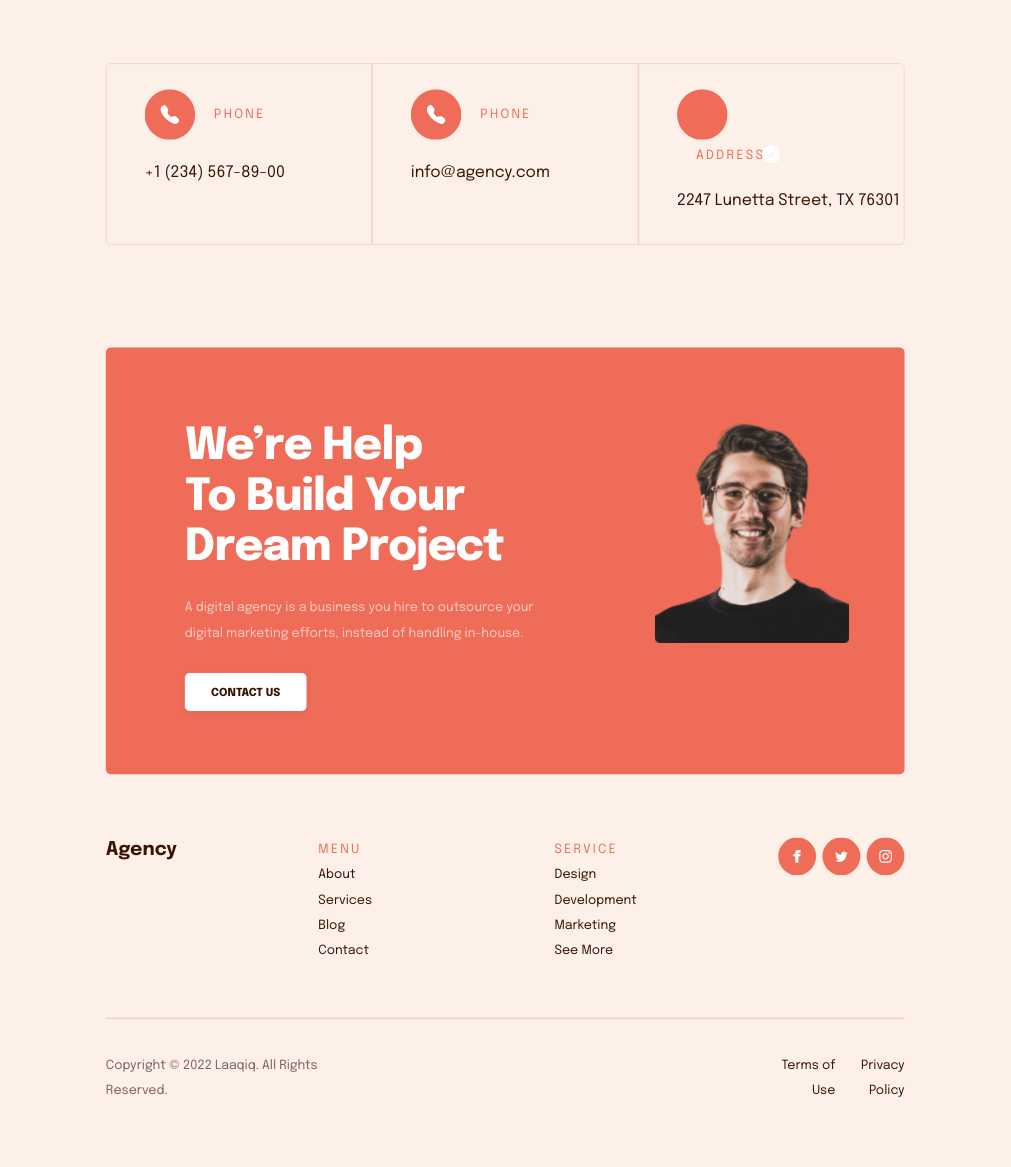
Repository: NatiqSamiyev/image-task
Page: agency/index.html
The author's editor kept a copy of each file at every save. The page is drawn from the files as they stood at one save, then again after the next save.
The browser window is 1280 px wide. The pictures show the whole page, at 79% of full size.

Above is the page before, as saved 2023-09-05 11:26:20.

### agency/index.html
<!DOCTYPE html>
<html lang="en">
  <head>
    <meta charset="UTF-8" />
    <meta name="viewport" content="width=device-width, initial-scale=1.0" />
    <title>Document</title>
    <link rel="stylesheet" href="index.css" />
  </head>
  <body>
    <div class="agency-container">
      <div class="top-container">
        <ul>
          <li>
            <div class="collaj-box">
              <div class="image-box">
                <img class="image-1" src="/image/Oval (5).svg" alt="" />
                <img class="image-2" src="/image/Path.svg" alt="" />

              </div>
              <h1>Phone</h1>
            </div>


            <p>+1 (234) 567-89-00</p>
          </li>

          <li>
            <div class="collaj-box">
              <div class="image-box">
                <img class="image-1" src="/image/Oval (5).svg" alt="" />
                <img class="image-2" src="/image/Path.svg" alt="" />

              </div>
              <h1>Phone</h1>
            </div>
            <p>info@agency.com</p>
          </li>

          <li>
            <div>
              <img class="image-1" src="/image/Oval (5).svg" alt="" />
              <h1>Address</h1>
            </div>

            <img class="image-2" src="/image/Shape (5).svg" alt="" />

            <p>2247 Lunetta Street, TX 76301</p>
          </li>
        </ul>
      </div>

      <div class="center-container">
        <div class="text-box">
          <h2>
            We’re Help <br />
            To Build Your Dream Project
          </h2>

          <p>
            A digital agency is a business you hire to outsource your digital
            marketing efforts, instead of handling in-house.
          </p>

          <button>
            <a href="#">CONTACT US</a>
          </button>
        </div>

        <div class="image-box">
          <img src="../image/Bitmap (5).svg" alt="" />
        </div>
      </div>

      <div class="bottom-container">
        <div class="box-1">
          <h3>Agency</h3>

          <ul>
            <li>
              <h4>Menu</h4>
              <p>
                About <br />
                Services <br />
                Blog <br />
                Contact
              </p>
            </li>

            <li>
              <h4>Service</h4>
              <p>
                Design <br />
                Development <br />
                Marketing <br />
                See More
              </p>
            </li>
          </ul>

          <img src="../image/social.svg" alt="" />
        </div>

        <div class="box-2">
          <hr />

          <div>
            <p>Copyright © 2022 Laaqiq. All Rights Reserved.</p>
            <h5>Terms of Use</h5>
            <h6>Privacy Policy</h6>
          </div>
        </div>
      </div>
    </div>
  </body>
</html>

### agency/index.css
@import url("https://fonts.googleapis.com/css2?family=Epilogue:wght@400;700;800&family=Roboto+Slab:wght@700&family=Roboto:wght@400;700&display=swap");
* {
  margin: 0;
  padding: 0;
  box-sizing: border-box;
}

.agency-container {
  width: 100%;
  padding: 80px 135px 80px 134px;
  background: #fdf0e9;
}

.agency-container .top-container ul {
  display: flex;
}

.agency-container .top-container ul li {
  list-style-type: none;
  padding: 32px 0 38px 48px;
  width: 33.33%;
  border-radius: 6px 0px 0px 6px;
  border: 1px solid #f3d1bf;
  position: relative;
}

.agency-container .top-container ul li:nth-child(2) {
  border: 1px solid #f3d1bf;
  background: #fdf0e9;
  border-radius: 0;
}

.agency-container .top-container ul li:last-child {
  border-radius: 0px 6px 6px 0px;
  border: 1px solid #f3d1bf;
}

.agency-container .top-container ul li .collaj-box {
  display: flex;
  align-items: center;

}
.agency-container .top-container ul li .image-box{
  width: 64px;
  height: 64px;
  position: relative;
}

.agency-container .top-container ul li div .image-1 {
  width: 64px;
  height: 64px;
}

.agency-container .top-container ul li .image-2 {
  width: 24px;
  height: 24px;
  position: absolute;
left: 50%;
top: 50%;
transform: translate(-50%,-50%);
}

.agency-container .top-container ul li div h1 {
  margin-left: 24px;
  color: var(--Text_Dark_Accent, #ef6d58);
  font-feature-settings: "clig" off, "liga" off;
  font-family: Epilogue;
  font-size: 16px;
  font-style: normal;
  font-weight: 400;
  line-height: 32px;
  letter-spacing: 3px;
  text-transform: uppercase;
}

.agency-container .top-container ul li p {
  margin-top: 26px;
  color: var(--Text_Dark, #391400);
  font-feature-settings: "clig" off, "liga" off;
  font-family: Epilogue;
  font-size: 20px;
  font-style: normal;
  font-weight: 400;
  line-height: 32px;
}

.agency-container .center-container {
  margin-top: 130px;
  width: 100%;
  padding: 94px 70px 80px 100px;
  border-radius: 6px;
  background: #ef6d58;
  display: flex;
  justify-content: space-between;
}

.agency-container .center-container .text-box {
  width: 470px;
}

.agency-container .center-container .text-box h2 {
  width: 405px;
  color: var(--Text_Light, #fff);
  font-feature-settings: "clig" off, "liga" off;
  font-family: Epilogue;
  font-size: 56px;
  font-style: normal;
  font-weight: 800;
  line-height: 64px;
  letter-spacing: -1px;
}

.agency-container .center-container .text-box p {
  margin-top: 28px;
  color: var(--Text_Light_Gray, rgba(255, 255, 255, 0.64));
  font-feature-settings: "clig" off, "liga" off;
  font-family: Epilogue;
  font-size: 16px;
  font-style: normal;
  font-weight: 400;
  line-height: 32px;
}

.agency-container .center-container .text-box button {
  margin-top: 34px;
  width: 154px;
  height: 48px;
  border-radius: 6px;
  background: #fff;
  box-shadow: 0px 3px 9px 0px rgba(57, 20, 0, 0.08);
  border: none;
}

.agency-container .center-container .text-box button a {
  text-decoration: none;
  color: #391400;
  text-align: center;
  font-family: Epilogue;
  font-size: 14px;
  font-style: normal;
  font-weight: 800;
  line-height: normal;
  text-transform: uppercase;
}

.agency-container .center-container .image-box img {
  width: 246px;
  height: 280px;
}

.agency-container .bottom-container {
  width: 100%;
  margin-top: 80px;
}

.agency-container .bottom-container .box-1 {
  display: flex;
  justify-content: space-between;
}

.agency-container .bottom-container .box-1 h3 {
  color: var(--Text_Dark, #391400);
  font-feature-settings: "clig" off, "liga" off;
  font-family: Epilogue;
  font-size: 24px;
  font-style: normal;
  font-weight: 700;
  line-height: 32px;
}

.agency-container .bottom-container .box-1 ul {
  display: flex;
}

.agency-container .bottom-container .box-1 ul li {
  list-style-type: none;
}

.agency-container .bottom-container .box-1 ul li h4 {
  color: var(--Text_Dark_Accent, #ef6d58);
  font-feature-settings: "clig" off, "liga" off;
  font-family: Epilogue;
  font-size: 16px;
  font-style: normal;
  font-weight: 400;
  line-height: 32px;
  letter-spacing: 3px;
  text-transform: uppercase;
}

.agency-container .bottom-container .box-1 ul li p {
  color: var(--Text_Dark, #391400);
  font-feature-settings: "clig" off, "liga" off;
  font-family: Epilogue;
  font-size: 16px;
  font-style: normal;
  font-weight: 400;
  line-height: 32px;
}

.agency-container .bottom-container .box-1 ul li:last-child {
  margin-left: 231px;
}

.agency-container .bottom-container .box-1 img {
  width: 160px;
  height: 48px;
}

.agency-container .bottom-container .box-2 {
  margin-top: 68px;
}

.agency-container .bottom-container .box-2 hr {
  width: 100%;
  height: 2px;
  background: #f3d1bf;
  border: none;
}

.agency-container .bottom-container .box-2 div {
  margin-top: 43px;
  display: flex;
  justify-content: space-between;
}

.agency-container .bottom-container .box-2 div p {
  color: var(--Text_Dark_Gray, rgba(57, 20, 0, 0.64));
  font-feature-settings: "clig" off, "liga" off;
  font-family: Epilogue;
  font-size: 16px;
  font-style: normal;
  font-weight: 400;
  line-height: 32px;
}

.agency-container .bottom-container .box-2 div h5 {
  margin-left: 544px;
  color: var(--Text_Dark, #391400);
  text-align: right;
  font-feature-settings: "clig" off, "liga" off;
  font-family: Epilogue;
  font-size: 16px;
  font-style: normal;
  font-weight: 400;
  line-height: 32px;
}

.agency-container .bottom-container .box-2 div h6 {
  color: var(--Text_Dark, #391400);
  text-align: right;
  font-feature-settings: "clig" off, "liga" off;
  font-family: Epilogue;
  font-size: 16px;
  font-style: normal;
  font-weight: 400;
  line-height: 32px;
}

After the next save:
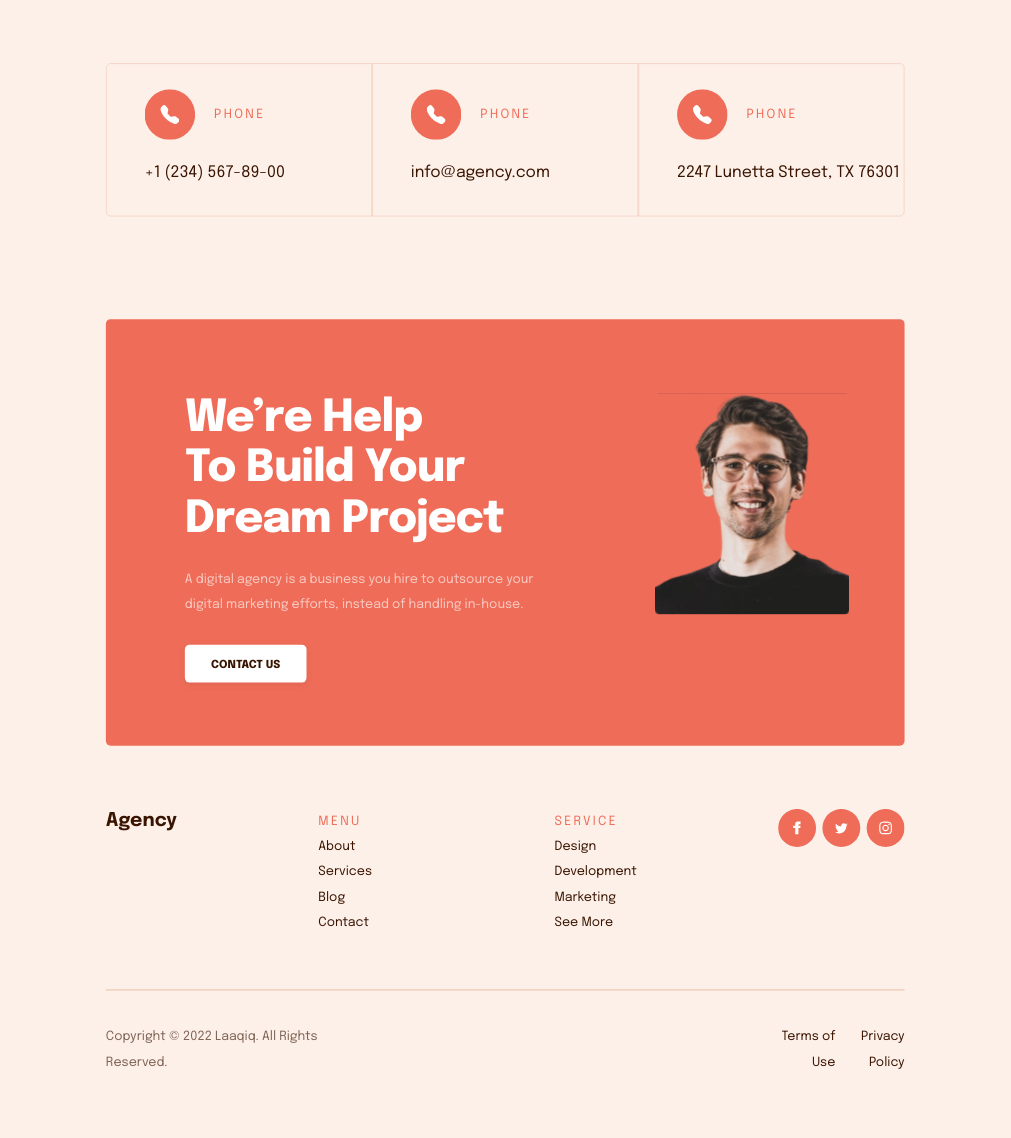
Saved 10 s later.
--- a/agency/index.html
+++ b/agency/index.html
@@ -37,13 +37,14 @@
           </li>
 
           <li>
-            <div>
-              <img class="image-1" src="/image/Oval (5).svg" alt="" />
-              <h1>Address</h1>
+            <div class="collaj-box">
+              <div class="image-box">
+                <img class="image-1" src="/image/Oval (5).svg" alt="" />
+                <img class="image-2" src="/image/Path.svg" alt="" />
+
+              </div>
+              <h1>Phone</h1>
             </div>
-
-            <img class="image-2" src="/image/Shape (5).svg" alt="" />
-
             <p>2247 Lunetta Street, TX 76301</p>
           </li>
         </ul>
